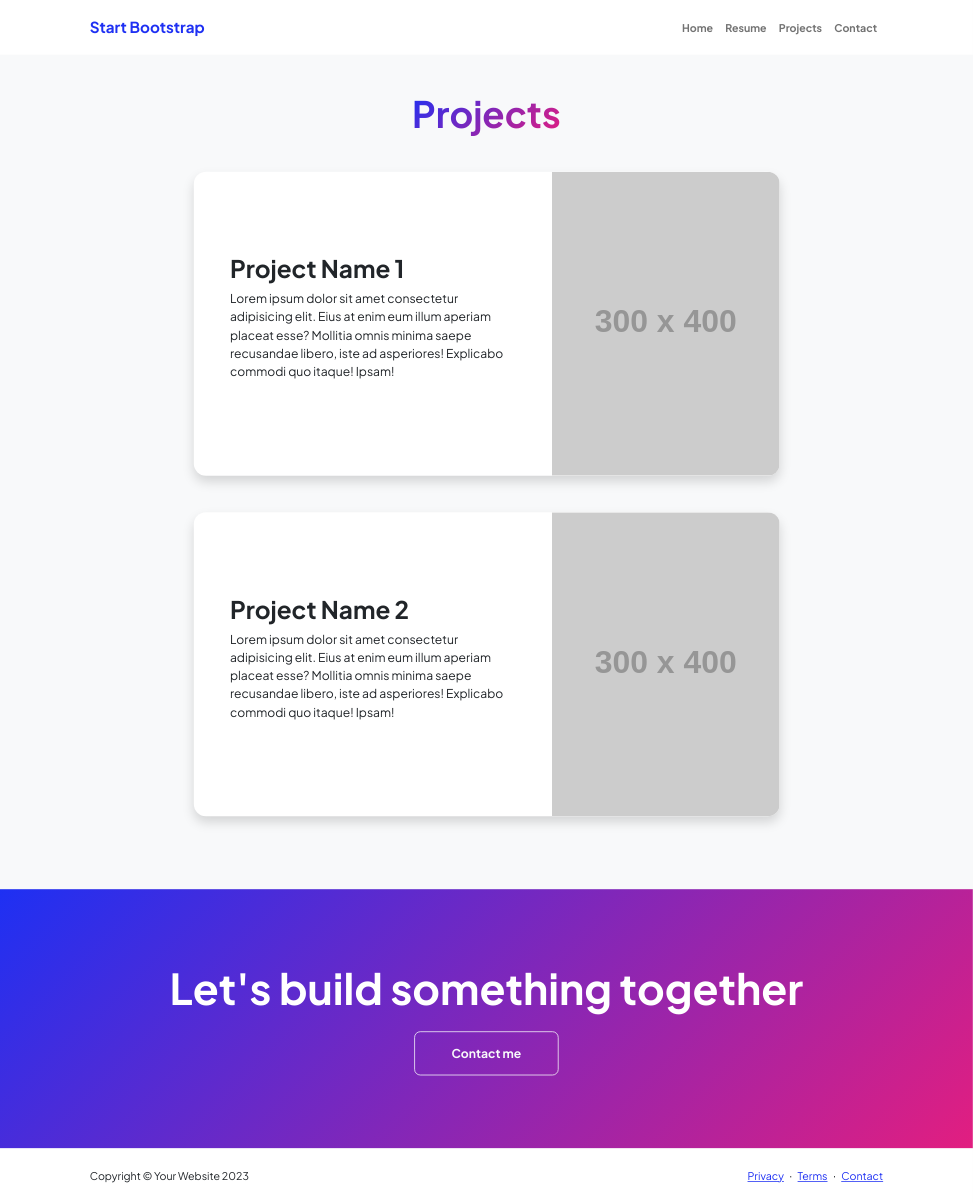
Repository: Suziane90/Portifolio
Page: projects.html
An editor plug-in stored every save of this project. The page is shown before and after the next save, followed by the edit.
The browser window is 1280 px wide. The pictures show the whole page, at 76% of full size.

Above is the page before, as saved 2025-07-23 22:25:52.

### projects.html
<!DOCTYPE html>
<html lang="en">
    <head>
        <meta charset="utf-8" />
        <meta name="viewport" content="width=device-width, initial-scale=1, shrink-to-fit=no" />
        <meta name="description" content="" />
        <meta name="author" content="" />
        <title>Modern Business - Start Bootstrap Template</title>
        <!-- Favicon-->
        <link rel="icon" type="image/x-icon" href="assets/favicon.ico" />
        <!-- Custom Google font-->
        <link rel="preconnect" href="https://fonts.googleapis.com" />
        <link rel="preconnect" href="https://fonts.gstatic.com" crossorigin />
        <link href="https://fonts.googleapis.com/css2?family=Plus+Jakarta+Sans:wght@100;200;300;400;500;600;700;800;900&amp;display=swap" rel="stylesheet" />
        <!-- Bootstrap icons-->
        <link href="https://cdn.jsdelivr.net/npm/bootstrap-icons@1.8.1/font/bootstrap-icons.css" rel="stylesheet" />
        <!-- Core theme CSS (includes Bootstrap)-->
        <link href="css/styles.css" rel="stylesheet" />
    </head>
    <body class="d-flex flex-column h-100 bg-light">
        <main class="flex-shrink-0">
            <!-- Navigation-->
            <nav class="navbar navbar-expand-lg navbar-light bg-white py-3">
                <div class="container px-5">
                    <a class="navbar-brand" href="index.html"><span class="fw-bolder text-primary">Start Bootstrap</span></a>
                    <button class="navbar-toggler" type="button" data-bs-toggle="collapse" data-bs-target="#navbarSupportedContent" aria-controls="navbarSupportedContent" aria-expanded="false" aria-label="Toggle navigation"><span class="navbar-toggler-icon"></span></button>
                    <div class="collapse navbar-collapse" id="navbarSupportedContent">
                        <ul class="navbar-nav ms-auto mb-2 mb-lg-0 small fw-bolder">
                            <li class="nav-item"><a class="nav-link" href="index.html">Home</a></li>
                            <li class="nav-item"><a class="nav-link" href="resume.html">Resume</a></li>
                            <li class="nav-item"><a class="nav-link" href="projects.html">Projects</a></li>
                            <li class="nav-item"><a class="nav-link" href="contact.html">Contact</a></li>
                        </ul>
                    </div>
                </div>
            </nav>
            <!-- Projects Section-->
            <section class="py-5">
                <div class="container px-5 mb-5">
                    <div class="text-center mb-5">
                        <h1 class="display-5 fw-bolder mb-0"><span class="text-gradient d-inline">Projects</span></h1>
                    </div>
                    <div class="row gx-5 justify-content-center">
                        <div class="col-lg-11 col-xl-9 col-xxl-8">
                            <!-- Project Card 1-->
                            <div class="card overflow-hidden shadow rounded-4 border-0 mb-5">
                                <div class="card-body p-0">
                                    <div class="d-flex align-items-center">
                                        <div class="p-5">
                                            <h2 class="fw-bolder">Project Name 1</h2>
                                            <p>Lorem ipsum dolor sit amet consectetur adipisicing elit. Eius at enim eum illum aperiam placeat esse? Mollitia omnis minima saepe recusandae libero, iste ad asperiores! Explicabo commodi quo itaque! Ipsam!</p>
                                        </div>
                                        <img class="img-fluid" src="https://dummyimage.com/300x400/343a40/6c757d" alt="..." />
                                    </div>
                                </div>
                            </div>
                            <!-- Project Card 2-->
                            <div class="card overflow-hidden shadow rounded-4 border-0">
                                <div class="card-body p-0">
                                    <div class="d-flex align-items-center">
                                        <div class="p-5">
                                            <h2 class="fw-bolder">Project Name 2</h2>
                                            <p>Lorem ipsum dolor sit amet consectetur adipisicing elit. Eius at enim eum illum aperiam placeat esse? Mollitia omnis minima saepe recusandae libero, iste ad asperiores! Explicabo commodi quo itaque! Ipsam!</p>
                                        </div>
                                        <img class="img-fluid" src="https://dummyimage.com/300x400/343a40/6c757d" alt="..." />
                                    </div>
                                </div>
                            </div>
                        </div>
                    </div>
                </div>
            </section>
            <!-- Call to action section-->
            <section class="py-5 bg-gradient-primary-to-secondary text-white">
                <div class="container px-5 my-5">
                    <div class="text-center">
                        <h2 class="display-4 fw-bolder mb-4">Let's build something together</h2>
                        <a class="btn btn-outline-light btn-lg px-5 py-3 fs-6 fw-bolder" href="contact.html">Contact me</a>
                    </div>
                </div>
            </section>
        </main>
        <!-- Footer-->
        <footer class="bg-white py-4 mt-auto">
            <div class="container px-5">
                <div class="row align-items-center justify-content-between flex-column flex-sm-row">
                    <div class="col-auto"><div class="small m-0">Copyright &copy; Your Website 2023</div></div>
                    <div class="col-auto">
                        <a class="small" href="#!">Privacy</a>
                        <span class="mx-1">&middot;</span>
                        <a class="small" href="#!">Terms</a>
                        <span class="mx-1">&middot;</span>
                        <a class="small" href="#!">Contact</a>
                    </div>
                </div>
            </div>
        </footer>
        <!-- Bootstrap core JS-->
        <script src="https://cdn.jsdelivr.net/npm/bootstrap@5.2.3/dist/js/bootstrap.bundle.min.js"></script>
        <!-- Core theme JS-->
        <script src="js/scripts.js"></script>
    </body>
</html>

Loaded but not shown: css/styles.css (library); js/scripts.js (common file)

After the next save:
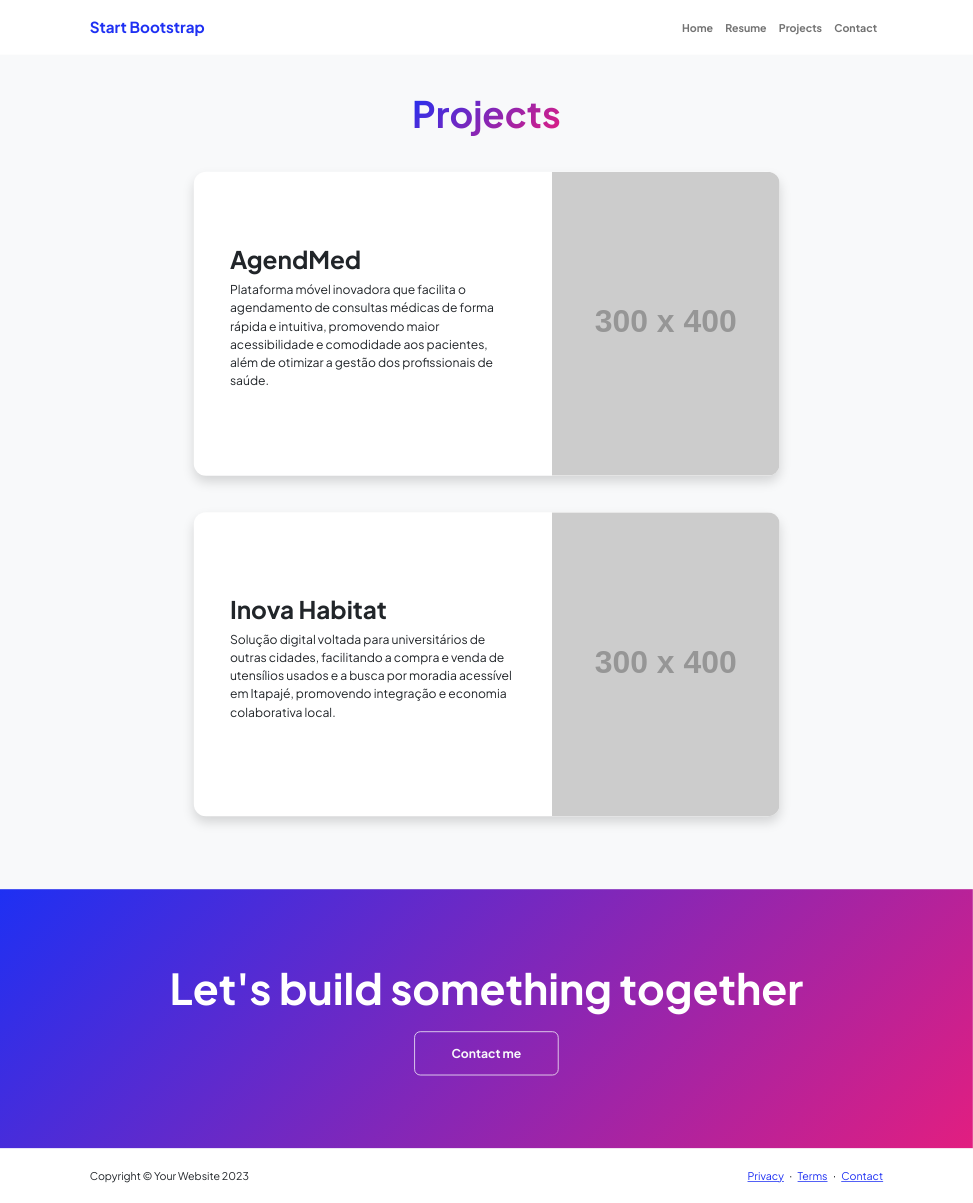
Saved 2 min 55 s later.
--- a/projects.html
+++ b/projects.html
@@ -47,10 +47,12 @@
                                 <div class="card-body p-0">
                                     <div class="d-flex align-items-center">
                                         <div class="p-5">
-                                            <h2 class="fw-bolder">Project Name 1</h2>
-                                            <p>Lorem ipsum dolor sit amet consectetur adipisicing elit. Eius at enim eum illum aperiam placeat esse? Mollitia omnis minima saepe recusandae libero, iste ad asperiores! Explicabo commodi quo itaque! Ipsam!</p>
+                                            <h2 class="fw-bolder">AgendMed</h2>
+                                            <p>
+                                                Plataforma móvel inovadora que facilita o agendamento de consultas médicas de forma rápida e intuitiva, promovendo maior acessibilidade e comodidade aos pacientes, além de otimizar a gestão dos profissionais de saúde.
+                                            </p>
                                         </div>
-                                        <img class="img-fluid" src="https://dummyimage.com/300x400/343a40/6c757d" alt="..." />
+                                        <img class="img-fluid" src="https://dummyimage.com/300x400/343a40/6c757d&text=AgendMed" alt="Projeto AgendMed" />
                                     </div>
                                 </div>
                             </div>
@@ -59,10 +61,12 @@
                                 <div class="card-body p-0">
                                     <div class="d-flex align-items-center">
                                         <div class="p-5">
-                                            <h2 class="fw-bolder">Project Name 2</h2>
-                                            <p>Lorem ipsum dolor sit amet consectetur adipisicing elit. Eius at enim eum illum aperiam placeat esse? Mollitia omnis minima saepe recusandae libero, iste ad asperiores! Explicabo commodi quo itaque! Ipsam!</p>
+                                            <h2 class="fw-bolder">Inova Habitat</h2>
+                                            <p>
+                                                Solução digital voltada para universitários de outras cidades, facilitando a compra e venda de utensílios usados e a busca por moradia acessível em Itapajé, promovendo integração e economia colaborativa local.
+                                            </p>
                                         </div>
-                                        <img class="img-fluid" src="https://dummyimage.com/300x400/343a40/6c757d" alt="..." />
+                                        <img class="img-fluid" src="https://dummyimage.com/300x400/343a40/6c757d&text=Inova+Habitat" alt="Projeto Inova Habitat" />
                                     </div>
                                 </div>
                             </div>
